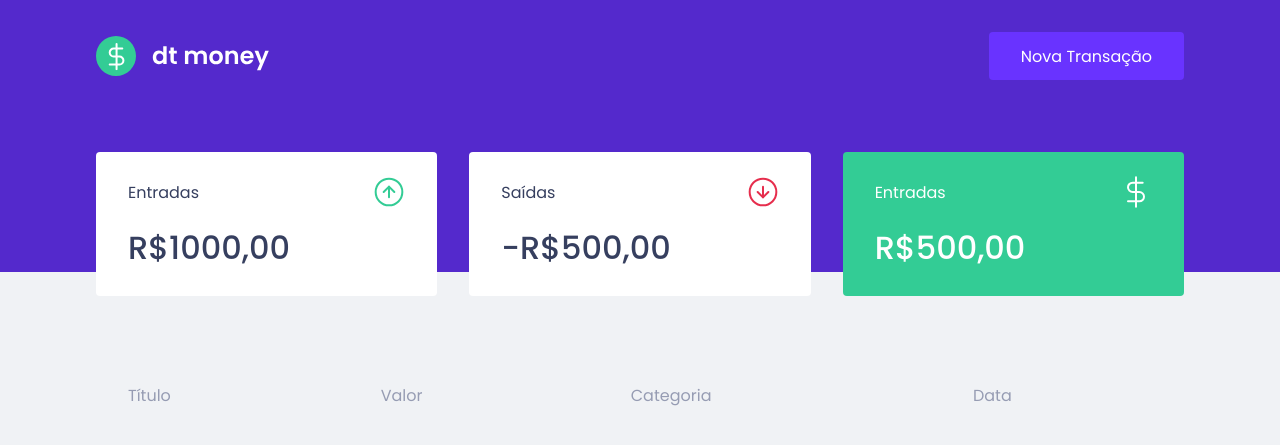
Repository: FreitasGabriel/dtmoney
Page: /
The author's editor kept a copy of each file at every save. The page is drawn from the files as they stood at one save, then again after the next save.
The browser window is 1280 px wide. The pictures show the whole page.
The page's requests for data from a server got no answer. The project was rebuilt for these pictures with package versions that can differ from the ones it lists, and the page was loaded fresh each time. No one was signed in, and anything a server would have sent is missing.

Above is the page before, as saved 2021-03-20 18:52:09.

### public/index.html
<!DOCTYPE html>
<html lang="en">

<head>
    <link rel="preconnect" href="https://fonts.gstatic.com">
    <meta charset="UTF-8">
    <meta name="viewport" content="width=device-width, initial-scale=1.0">
    <link rel="shortcut icon" href="favicon.png" type="image/png">
    <link href="https://fonts.googleapis.com/css2?family=Poppins:wght@400;500;600&display=swap" rel="stylesheet">
    <title>DT Money</title>
</head>

<body>
    <div id="root"></div>
</body>

</html>

### src/index.tsx
import React from 'react';
import ReactDOM from 'react-dom';
import { createServer, Model } from 'miragejs'
import App from './App';

createServer({

  models: {
    transaction: Model,
  },

  seeds(server) {
    server.db.loadData({
      transactions: [{
        id: 1,
        title: 'Freelance de website',
        type: 'deposit',
        category: 'dev',
        amount: 6000,
        createdAt: new Date('2021-02-12 09:00:00')
      }, {
        id: 2,
        title: 'Aluguel',
        type: 'withdraw',
        category: 'casa',
        amount: 1000,
        createdAt: new Date('2021-02-14 09:00:00')
      }],
    })
  },

  routes() {
    this.namespace = 'api'

    this.get('/transactions', () => {
      return this.schema.all('transaction')
    })

    this.post('/transactions', (schema, request) => {
      const data = JSON.parse(request.requestBody)

      return schema.create('transaction', data)
    })
  }
})

ReactDOM.render(
  <React.StrictMode>
    <App />
  </React.StrictMode>,
  document.getElementById('root')
);

### src/App.tsx
import { useState } from 'react';
import Modal from 'react-modal';
import { Dashboard } from "./components/Dashboard";
import { Header } from "./components/Header";
import { NewTransactionModal } from './components/NewTransactionModal';

import { GlobalStyle } from "./styles/global"
import { TransactionsProvider } from './TransactionsContext';

Modal.setAppElement('#root')

export default function App() {

  const [isNewTransactionModalOpen, setIsNewTransactionModalOpen] = useState(false)

  function handleOpenNewTransactionModal() {
    setIsNewTransactionModalOpen(true)
  }

  function handleCloseNewTransactionModal() {
    setIsNewTransactionModalOpen(false)
  }

  return (
    <TransactionsProvider >
      <Header onOpenNewTransactionModal={handleOpenNewTransactionModal} />
      <Dashboard />
      <NewTransactionModal
        isOpen={isNewTransactionModalOpen}
        onRequestClose={handleCloseNewTransactionModal}
      />
      <GlobalStyle />
    </TransactionsProvider>
  );
}

### src/components/Dashboard/index.tsx
import { Summary } from '../Summary'
import { TransactionsTable } from '../TransactionsTable'
import { Container } from './styles'

export function Dashboard() {
    return (
        <Container>
            <Summary />
            <TransactionsTable />
        </Container>
    )
}

### src/components/Header/index.tsx
import logoImg from "../../assets/logo.svg"
import { Container, Content } from "./styles"

interface HeaderProps {
    onOpenNewTransactionModal: () => void
}

export function Header({ onOpenNewTransactionModal }: HeaderProps) {


    return (
        <Container>
            <Content>
                <img src={logoImg} alt="dt money" />
                <button type="button" onClick={onOpenNewTransactionModal}>
                    Nova Transação
                </button>


            </Content>
        </Container>
    )
}

### src/components/NewTransactionModal/index.tsx
import { useState, FormEvent, useContext } from 'react'
import Modal from 'react-modal'
import closeImg from '../../assets/close.svg';
import incomeImg from '../../assets/income.svg';
import outcomeImg from '../../assets/outcome.svg';
import { api } from '../../services/api';
import { TransactionsContext } from '../../TransactionsContext';
import { Container, TransactionTypeContainer, RadioBox } from "./styles";

interface NewTransactionModalProps {
    isOpen: boolean;
    onRequestClose: () => void;
}

export function NewTransactionModal({ isOpen, onRequestClose }: NewTransactionModalProps) {

    const { createTransaction } = useContext(TransactionsContext)

    const [title, setTitle] = useState('');
    const [amount, setAmount] = useState(0);
    const [category, setCategory] = useState('');
    const [type, setType] = useState('deposit')

    async function handleCreateNewTransaction(e: FormEvent) {
        e.preventDefault()

        await createTransaction({
            title, amount, category, type
        })

        onRequestClose()
        setTitle('')
        setAmount(0)
        setCategory('')
        setType('deposit')
    }

    return (
        <Modal
            isOpen={isOpen}
            onRequestClose={onRequestClose}
            overlayClassName="react-modal-overlay"
            className="react-modal-content"
        >
            <button
                className="react-modal-close"
                type="button"
                onClick={onRequestClose}
            >
                <img src={closeImg} alt="Fechar modal" />
            </button>

            <Container onSubmit={handleCreateNewTransaction}>
                <h2>Cadastrar Transação</h2>

                <input
                    placeholder="Título"
                    value={title}
                    onChange={e => setTitle(e.target.value)}
                />
                <input
                    type="number"
                    placeholder="Valor"
                    value={amount}
                    onChange={e => setAmount(Number(e.target.value))}
                />

                <TransactionTypeContainer>
                    <RadioBox
                        type="button"
                        onClick={() => setType('deposit')}
                        isActive={type === 'deposit'}
                        activeColor="green"
                    >
                        <img src={incomeImg} alt="Entrada" />
                        <span>Entrada</span>
                    </RadioBox>

                    <RadioBox
                        type="button"
                        onClick={() => setType('withdraw')}
                        isActive={type === 'withdraw'}
                        activeColor="red"
                    >
                        <img src={outcomeImg} alt="Saída" />
                        <span>Saída</span>
                    </RadioBox>
                </TransactionTypeContainer>

                <input
                    placeholder="Categoria"
                    value={category}
                    onChange={e => setCategory(e.target.value)}
                />
                <button type="submit">
                    Cadastrar
                </button>
            </Container>
        </Modal>
    )
}

### src/styles/global.ts
import { createGlobalStyle } from 'styled-components'

export const GlobalStyle = createGlobalStyle`

    :root {
        --background: #F0F2F5;
        --shape: #FFFFFF;

        --red: #E52E4D;
        --green: #33CC95;
        --blue: #5429CC;

        --blue-light: #6933FF;
        --text-title: #363F5F;
        --text-body: #969CB3;

    }

    * {
        margin: 0;
        padding: 0;
        box-sizing: border-box;
    }

    //font-size: 16px - padrão(Desktop)
    html {
        @media(max-width: 1080px){
            font-size: 93.75%; // Vai fazer com que o font-size tenha 15px
        }

        @media(max-width: 720px){
            font-size: 87.5%; // Vai fazer com que o font-size tenha 14px
        }
    }

    // REM = 1rem = font-size padrão da página.

    body {
        background: var(--background);
        -webkit-font-smoothing: antialiased;
    }

    body, input, textarea, button {
        font-family: 'Poppins', sans-serif;
        font-weight: 400;
    }

    h1, h2, h3, h4, h5, h6, strong{
        font-weight: 600;
    }

    button {
        cursor: pointer;
    }

    [disabled] {
        opacity: 0.6;
        cursor: not-allowed;
    }

    .react-modal-overlay{
        background: rgba(0, 0, 0, 0.5);

        position: fixed;
        top: 0;
        bottom: 0;
        left: 0;
        right: 0;

        display: flex;
        align-items: center;
        justify-content: center;
    }
    .react-modal-content{
        width: 100%;
        max-width: 576px;
        background: var(--background);
        padding: 3rem;
        position: relative;
        border-radius: 0.25rem;

    }

    .react-modal-close{
        position: absolute;
        right: 1.5rem;
        top: 1.5rem;
        border: 0;
        background: transparent;

        transition: 0.2s;

        &:hover{
            filter: brightness(0.8);
        }
    }
;

`

### src/TransactionsContext.tsx
import { createContext, useState, useEffect, ReactNode } from "react"

import { api } from "./services/api";

interface Transaction {
    id: number;
    title: string;
    amount: number;
    category: string;
    type: string;
    createdAt: string;
}

type TransactionInput = Omit<Transaction, 'id' | 'createdAt'>

interface TransactionsProviderProps {
    children: ReactNode;
}

interface TransactionsContextData {
    transactions: Transaction[];
    createTransaction: (transaction: TransactionInput) => Promise<void>
}

export const TransactionsContext = createContext<TransactionsContextData>(
    {} as TransactionsContextData
)

export function TransactionsProvider({ children }: TransactionsProviderProps) {
    const [transactions, setTransactions] = useState<Transaction[]>([])

    useEffect(() => {
        api.get('/transactions')
            .then(response => setTransactions(response.data.transactions))
    }, [])

    async function createTransaction(transactionInput: TransactionInput) {
        const response = await api.post('/transactions', {
            ...transactionInput,
            createdAt: new Date(),
        })
        const { transaction } = response.data;

        setTransactions([...transactions, transaction])
    }

    return (
        <TransactionsContext.Provider value={{ transactions, createTransaction }}>
            {children}
        </TransactionsContext.Provider>
    )
}

### src/components/Summary/index.tsx
import React, { useContext } from 'react';
import incomeImg from '../../assets/income.svg'
import outcomeImg from '../../assets/outcome.svg'
import totalImg from '../../assets/total.svg'
import { TransactionsContext } from '../../TransactionsContext'

import { Container } from './styles'

export function Summary() {

    const { transactions } = useContext(TransactionsContext)

    const totalDeposits = transactions.reduce((acc, transaction) => {
        if (transaction.type === 'deposit') {
            return acc + transaction.amount
        }

        return acc
    }, 0)

    return (
        <Container>
            <div>
                <header>
                    <p>Entradas</p>
                    <img src={incomeImg} alt="Entradas" />
                </header>
                <strong>R$1000,00</strong>
            </div>
            <div>
                <header>
                    <p>Saídas</p>
                    <img src={outcomeImg} alt="Saídas" />
                </header>
                <strong>-R$500,00</strong>
            </div>
            <div className="highlight-background">
                <header>
                    <p>Entradas</p>
                    <img src={totalImg} alt="Total" />
                </header>
                <strong>R$500,00</strong>
            </div>
        </Container>
    )
}

### src/components/TransactionsTable/index.tsx
import { useContext } from "react";
import { TransactionsContext } from "../../TransactionsContext"
import { Container } from "./styles";

export function TransactionsTable() {

    const { transactions } = useContext(TransactionsContext)

    return (
        <Container>
            <table>
                <thead>
                    <tr>
                        <th>Título</th>
                        <th>Valor</th>
                        <th>Categoria</th>
                        <th>Data</th>
                    </tr>
                </thead>
                <tbody>
                    {transactions.map((transaction) => {
                        return (
                            <tr key={transaction.id}>
                                <td>{transaction.title}</td>
                                <td className={transaction.type}>
                                    {new Intl.NumberFormat('pt-br', {
                                        style: 'currency',
                                        currency: 'BRL',
                                    }).format(transaction.amount)}
                                </td>
                                <td>{transaction.category}</td>
                                <td>
                                    {new Intl.DateTimeFormat('pt-br').format(new Date(transaction.createdAt))}
                                </td>
                            </tr>
                        )
                    })}
                </tbody>
            </table>
        </Container>
    )
}

### src/components/Dashboard/styles.ts
import styled from 'styled-components'

export const Container = styled.main`
    max-width: 1120px;
    margin: 0 auto;
    padding: 2.5rem 1rem;
`

### src/components/Header/styles.ts
import styled from 'styled-components'

export const Container = styled.header`
    background: var(--blue);
`

export const Content = styled.div`
    max-width: 1120px;
    margin: 0 auto;

    padding: 2rem 1rem 12rem;
    display: flex;
    align-items: center;
    justify-content: space-between;

    button{
        font-size: 1rem;
        color: var(--shape);
        background: var(--blue-light);
        border: 0;
        padding: 0 2rem;
        border-radius: 0.25rem;
        height: 3rem;

        transition: filter 0.2s;

        &:hover{
            filter: brightness(0.9);
        }
    }


`

### src/components/NewTransactionModal/styles.ts
import styled from 'styled-components'
import { darken, transparentize } from 'polished'

export const Container = styled.form`

    border: none;

    h2 {
        color: var(--text-title);
        font-size: 1.5rem;
        margin-bottom: 2rem;
    }

    input {
        width: 100%;
        padding: 0 1.5rem;
        height: 4rem;
        border-radius: 0.25rem;

        border: 1px solid #D7D7D7;
        background: #E7E9EE;

        font-weight: 400;
        font-size: 1rem;

        &::placeholder {
            color: var(--text-body);
        }

        & + input { //TODO IMPUT QUE TIVER UM INPUT EM CIMA, VAI TER AS PROPS ABAIXO
            margin-top: 1rem;
        }
    }

    button[type="submit"] {
        width: 100%;
        padding: 0 1.5rem;
        height: 4rem;
        background: var(--green);
        color: #FFFFFF;
        border-radius: 0.25rem;
        border: 0;
        font-size: 1rem;
        margin-top: 1.5rem;
        font-weight: 600;

        transition: 0.2s;
        &:hover{
            filter: brightness(0.9);
        }
    }
`

export const TransactionTypeContainer = styled.div`
    margin: 1rem 0;
    display: grid;
    grid-template-columns: 1fr 1fr;
    gap: 0.5rem;


`

const colors = {
    green: '#33CC95',
    red: '#E52E4D'
}

interface RadioBoxProps {
    isActive: boolean;
    activeColor: 'green' | 'red';
}

export const RadioBox = styled.button<RadioBoxProps>`

    height: 4rem;
    border: 1px solid #D7D7D7;
    border-radius: 0.25rem;

    background: ${props => props.isActive
        ? transparentize(0.9, colors[props.activeColor])
        : 'transparent'};

    display: flex;
    align-items: center;
    justify-content: center;

    transition: border-color 0.2s;

    &:hover {
        border-color: ${darken(0.1, '#D7D7D7')};
    }

    img {
        width: 20px;
        height: 20px;
    }

    span{
        display: inline-block;
        margin-left: 1rem;
        font-size: 1rem;
        color: var(--text-title);
    }

`

### src/components/Summary/styles.ts
import styled from 'styled-components'

export const Container = styled.div`
    display: grid;
    grid-template-columns: repeat(3, 1fr);
    gap: 2rem;
    margin-top: -10rem;

    div {
        background: var(--shape);
        padding: 1.5rem 2rem;
        border-radius: 0.25rem;
        color: var(--text-title);

        header {
            display: flex;
            align-items: center;
            justify-content: space-between;
        }

        strong {
            display: block;
            margin-top: 1rem;
            font-size: 2rem;
            font-weight: 500;
            line-height: 3rem;
        }

        &.highlight-background{
            background: var(--green);
            color: var(--shape);
        }
    }
`

### src/components/TransactionsTable/styles.ts
import styled from 'styled-components'

export const Container = styled.div`

    margin-top: 4rem;

    table {
        width: 100%;
        border-spacing: 0 0.5rem;

        th {
            color: var(--text-body);
            font-weight: 400;
            padding: 1rem 2rem;
            text-align: left;
            line-height: 1.5rem;
        }

        td {
            padding: 1rem 2rem;
            border: 0;
            background: var(--shape);
            color: var(--text-body);
            border-radius: 0.25rem;

            &:first-child{
                color: var(--text-title)
            }

            &.deposit{
                color: var(--green)
            }

            &.withdraw{
                color: var(--red)
            }
        }

        tbody {
            tr {
                transition: 0.2s;

                &:hover{
                    filter: brightness(0.8);
                }
            }
        }
    }
`

Loaded but not shown: src/services/api.ts (common file)

After the next save:
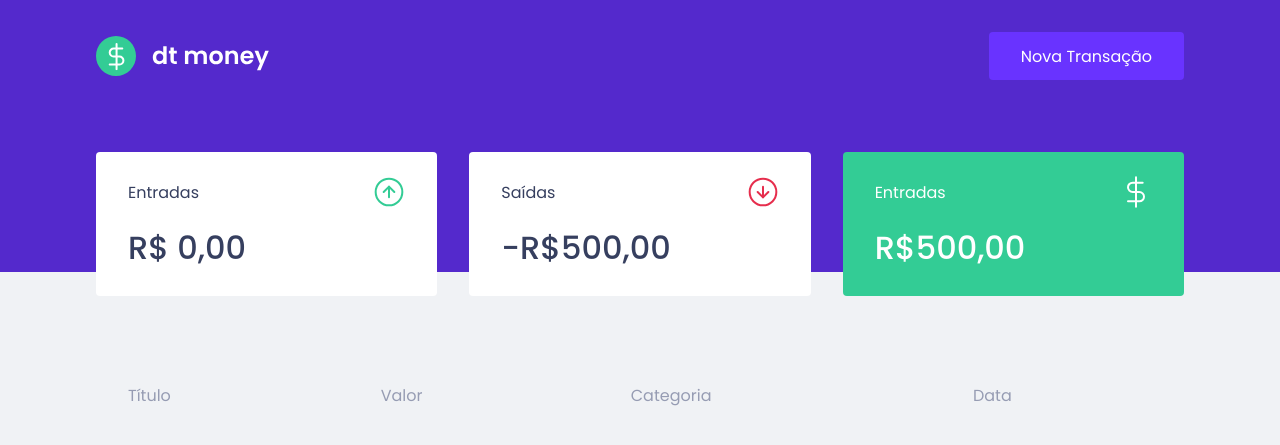
Saved 114 s later.
--- a/src/components/Summary/index.tsx
+++ b/src/components/Summary/index.tsx
@@ -25,7 +25,10 @@ export function Summary() {
                     <p>Entradas</p>
                     <img src={incomeImg} alt="Entradas" />
                 </header>
-                <strong>R$1000,00</strong>
+                <strong>{new Intl.NumberFormat('pt-br', {
+                    style: 'currency',
+                    currency: 'BRL',
+                }).format(totalDeposits)}</strong>
             </div>
             <div>
                 <header>
